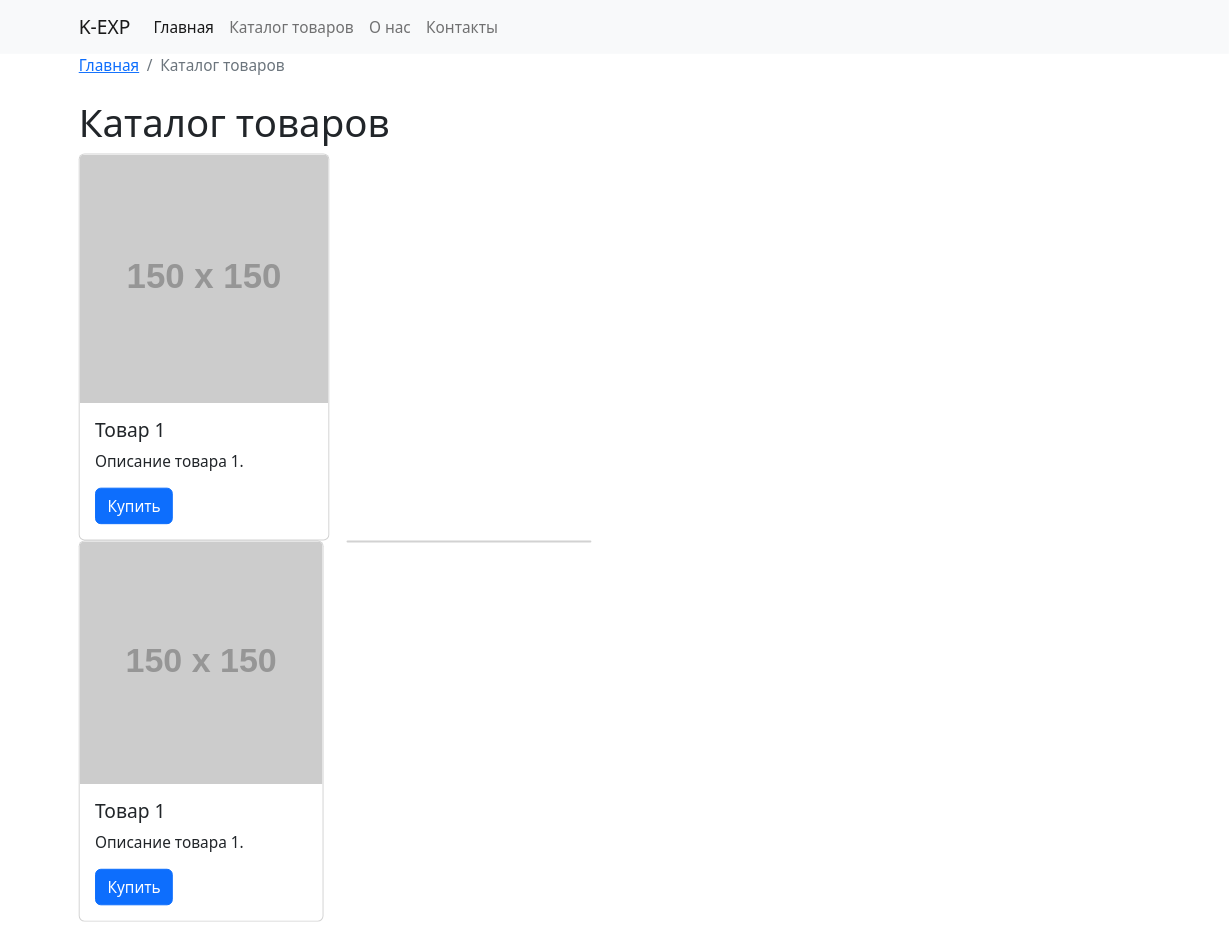
Repository: smartsoltech/kexp-shop
Page: main/catalog/templates/catalog/base.html
The author's editor kept a copy of each file at every save. The page is drawn from the files as they stood at one save, then again after the next save.
The browser window is 1280 px wide. The pictures show the whole page, at 96% of full size.
The template is drawn by Django 4.2. The application's start-up code is not run. Other server files are loaded and not shown. The template is opened directly, without the code that normally fills it, so the values that code supplies are empty.

Above is the page before, as saved 2023-03-14 13:43:04.

### main/catalog/templates/catalog/base.html
<!DOCTYPE html>
<html lang="ru">
<head>
  <meta charset="UTF-8">
  <meta name="viewport" content="width=device-width, initial-scale=1.0">
  <title>{% block title %}{% endblock %}</title>
  <!-- Подключение Bootstrap CSS -->
  <link rel="stylesheet" href="https://cdn.jsdelivr.net/npm/bootstrap@5.2.3/dist/css/bootstrap.min.css" integrity="sha384-rbsA2VBKQhggwzxH7pPCaAqO46MgnOM80zW1RWuH61DGLwZJEdK2Kadq2F9CUG65" crossorigin="anonymous"></head>
<body>

  <!-- Навигационная панель -->
  <nav class="navbar navbar-expand-lg navbar-light bg-light">
    <div class="container">
      <a class="navbar-brand" href="{% url 'home' %}">K-EXP</a>
      <button class="navbar-toggler" type="button" data-bs-toggle="collapse" data-bs-target="#navbarNav" aria-controls="navbarNav" aria-expanded="false" aria-label="Toggle navigation">
        <span class="navbar-toggler-icon"></span>
      </button>
      <div class="collapse navbar-collapse" id="navbarNav">
        <ul class="navbar-nav">
          <li class="nav-item">
            <a class="nav-link active" aria-current="page" href="{% url 'home' %}">Главная</a>
          </li>
          <li class="nav-item">
            <a class="nav-link" href="#">Каталог товаров</a>
          </li>
          <li class="nav-item">
            <a class="nav-link" href="{% url 'about' %}">О нас</a>
          </li>
          <li class="nav-item">
            <a class="nav-link" href="#">Контакты</a>
          </li>
        </ul>
      </div>
    </div>
  </nav>

  <!-- Хлебные крошки -->
  <nav aria-label="breadcrumb">
    <div class="container">
      <ol class="breadcrumb">
        <li class="breadcrumb-item"><a href="#">Главная</a></li>
        <li class="breadcrumb-item active" aria-current="page">Каталог товаров</li>
      </ol>
    </div>
  </nav>

  <!-- Основное содержимое -->
  <div class="container my-4">
    <h1>Каталог товаров</h1>
    <div class="row">
      <div class="col-md-3">
        <div class="card">
          <img src="https://via.placeholder.com/150" class="card-img-top" alt="...">
          <div class="card-body">
            <h5 class="card-title">Товар 1</h5>
            <p class="card-text">Описание товара 1.</p>
            <a href="#" class="btn btn-primary">Купить</a>
          </div>
        </div>
      </div>
      <div class="row">
        <div class="col-md-3">
          <div class="card">
            <img src="https://via.placeholder.com/150" class="card-img-top" alt="...">
            <div class="card-body">
              <h5 class="card-title">Товар 1</h5>
              <p class="card-text">Описание товара 1.</p>
              <a href="#" class="btn btn-primary">Купить</a>
            </div>
          </div>
        </div>
      <div class="col-md-3">
        <div class="card">
          <img src="https://via.placeholder.com/150" class="

After the next save:
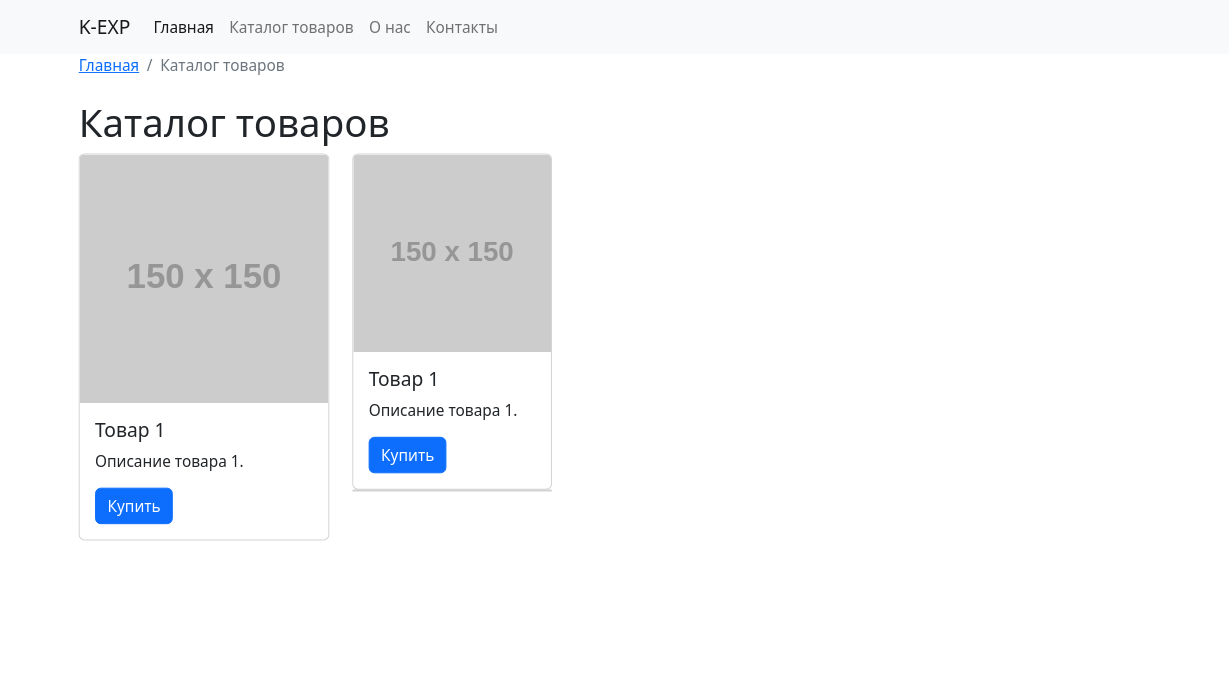
Saved 8 s later.
--- a/main/catalog/templates/catalog/base.html
+++ b/main/catalog/templates/catalog/base.html
@@ -58,7 +58,7 @@
           </div>
         </div>
       </div>
-      <div class="row">
+      <div class="col">
         <div class="col-md-3">
           <div class="card">
             <img src="https://via.placeholder.com/150" class="card-img-top" alt="...">
